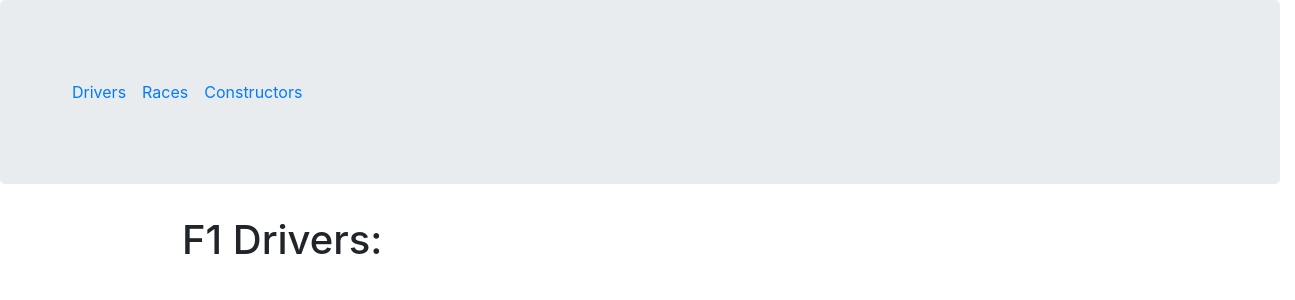
Repository: Lynras/formular1
Page: /
These files come from the project's save history. The page is drawn as it stood at one moment and after a run of saves; the edit follows.
The browser window is 1280 px wide. The page is 1295 px wide, so the pictures cover 1295 px, including what lies to the right of the window. The pictures show the whole page.
The page's requests for data from a server got no answer. Some web libraries are served in a nearby version. The project was rebuilt for these pictures with package versions that can differ from the ones it lists, and the page was loaded fresh each time. No one was signed in, and anything a server would have sent is missing. Also part of the build but not shown: src/components/RaceList.js, src/components/ConstructorsList.js.

Above is the page before, as saved 2021-03-24 11:30:36.

After the next 2 saves:
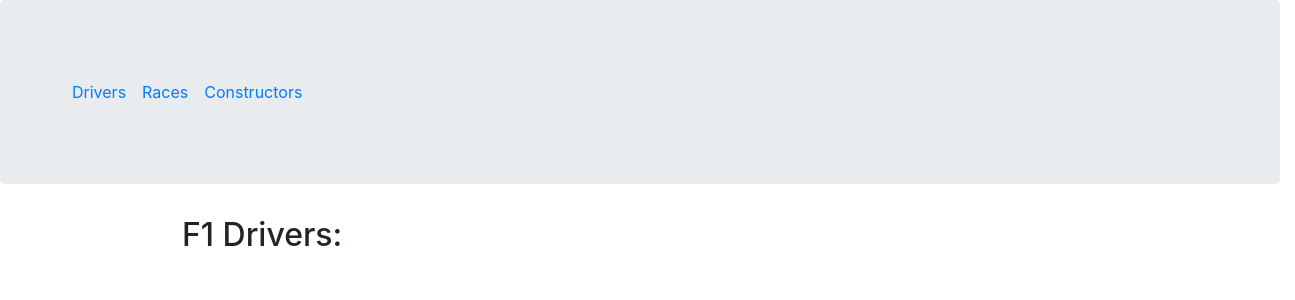
The 2 saves are shown as one change because 1 did not build or start.
The last was saved 32 s later.
--- a/src/components/DriversList.js
+++ b/src/components/DriversList.js
@@ -27,7 +27,7 @@ class DriverList extends React.Component {
             <div className="row">
                 <div className="col-1"></div>
                 <div className="col-4">
-                    <h1>F1 Drivers:</h1>
+                    <h2>F1 Drivers:</h2>
                     <ul class="namelist">
                         {this.renderList()}
                     </ul>
